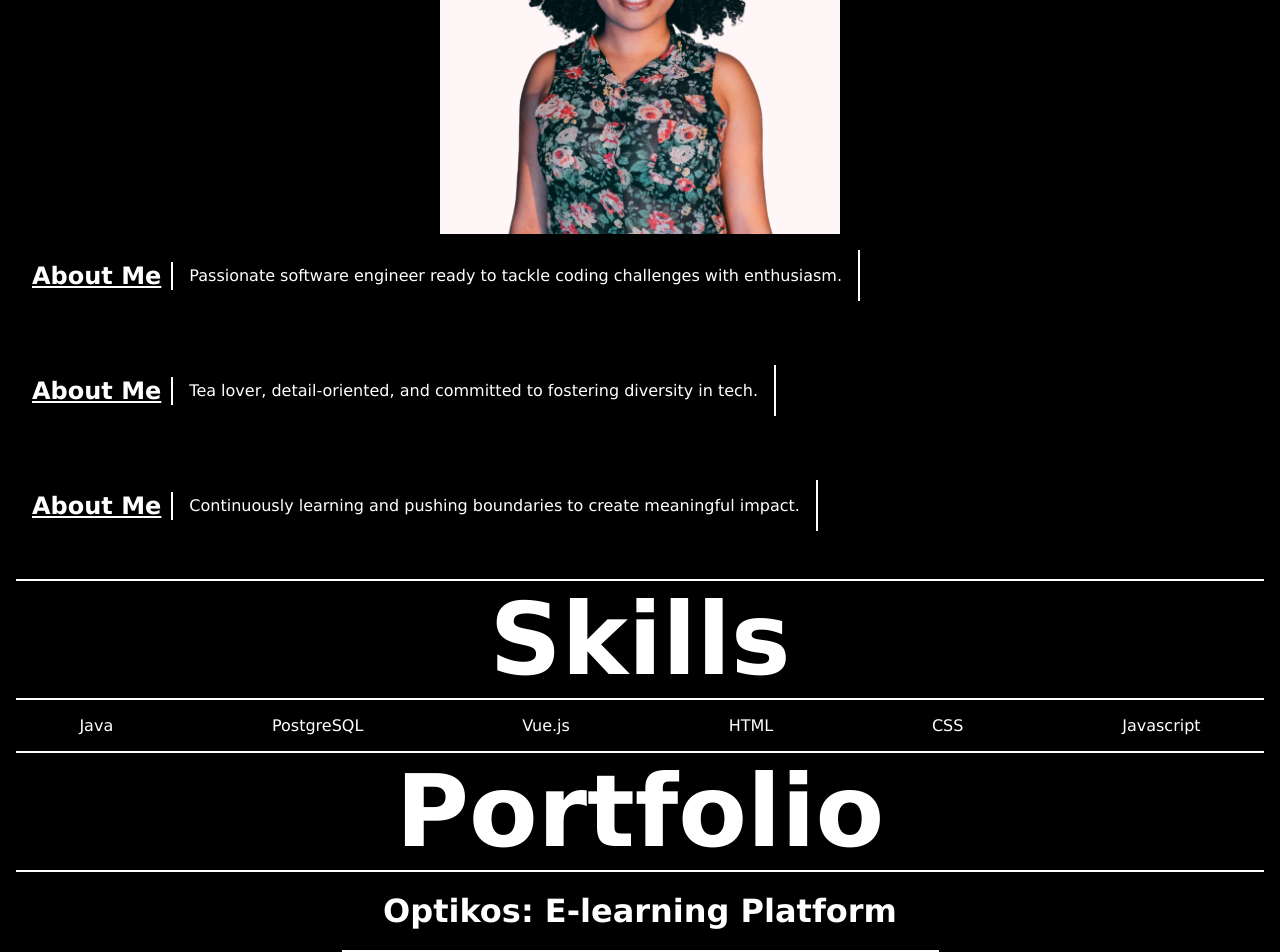
Repository: woodsdeshe/portfolio
Page: index.html
These files come from the project's save history. The page is drawn as it stood at one moment and after the next save; the edit follows.
The browser window is 1280 px wide. The pictures show the part of the page from y = 976 to 1928 px (the page is 2548 px tall before and 2479 px after).
A picture or video elsewhere on the page could not be fetched, so the positions and the page height are approximate. Some web fonts or font styles are not loaded; a fallback is used.

Above is the page before, as saved 2023-06-11 13:08:42.

After the next save:
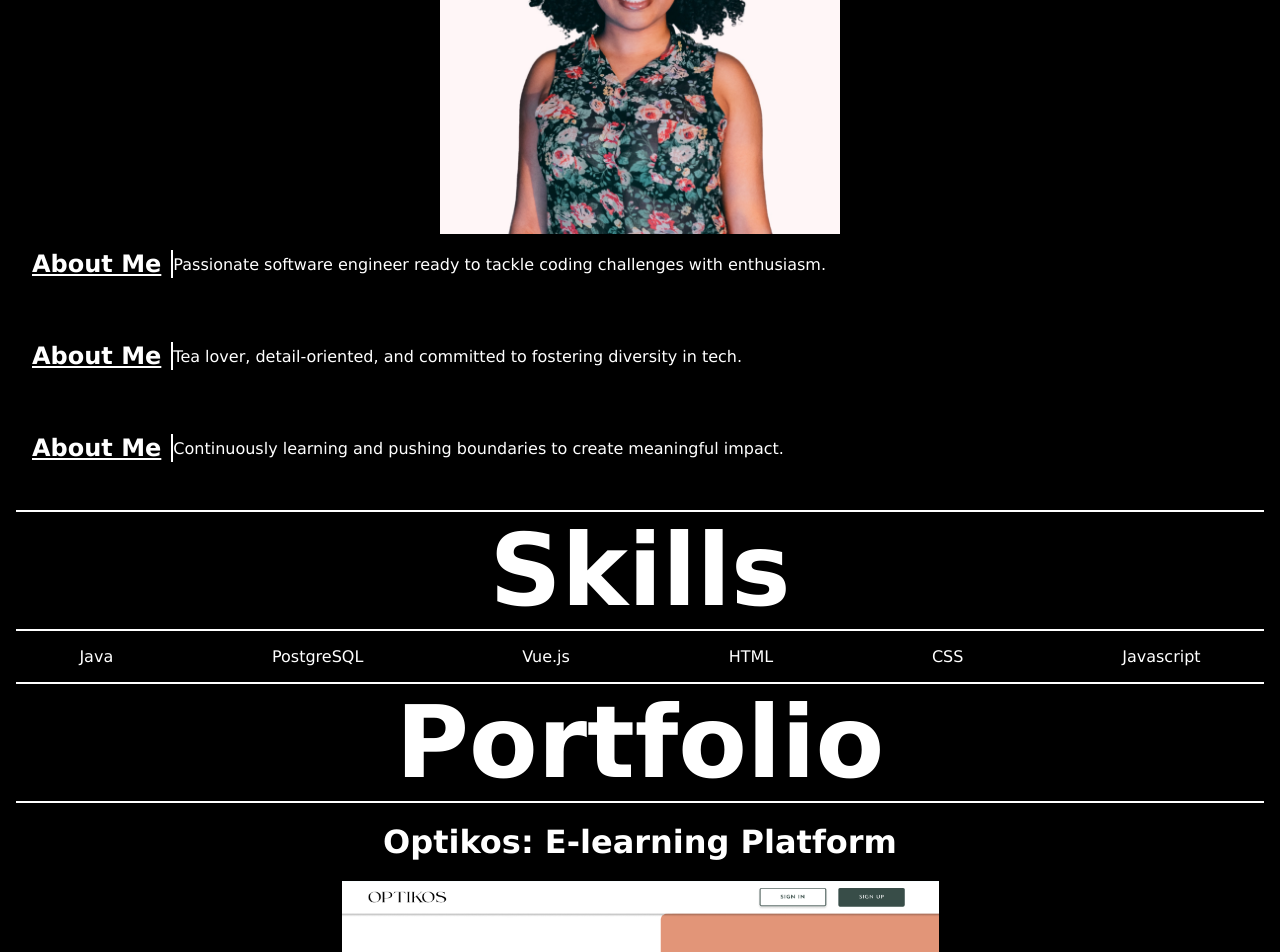
Saved 8 s later.
--- a/style.css
+++ b/style.css
@@ -102,10 +102,7 @@
     padding-right: 10px;
 }
 
-.about-me p {
-    border-right: 2px solid white;
-    padding: 1rem;
-}
+
 .about-me {
     display: flex;
     align-items: center;

After the save that followed:
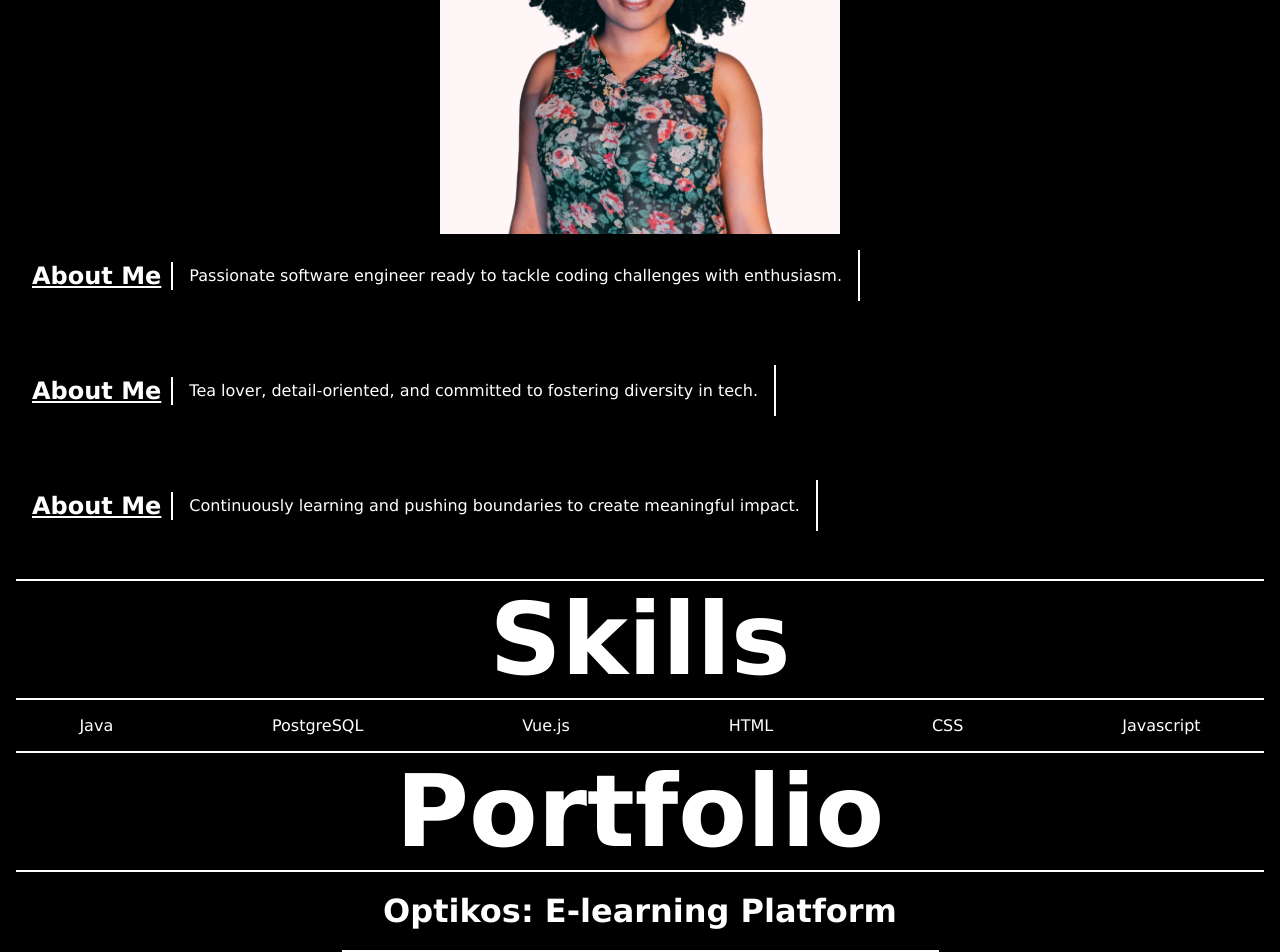
Saved 19 s later.
--- a/style.css
+++ b/style.css
@@ -102,7 +102,10 @@
     padding-right: 10px;
 }
 
-
+.about-me p {
+    border-right: 2px solid white;
+    padding: 1rem;
+}
 .about-me {
     display: flex;
     align-items: center;
